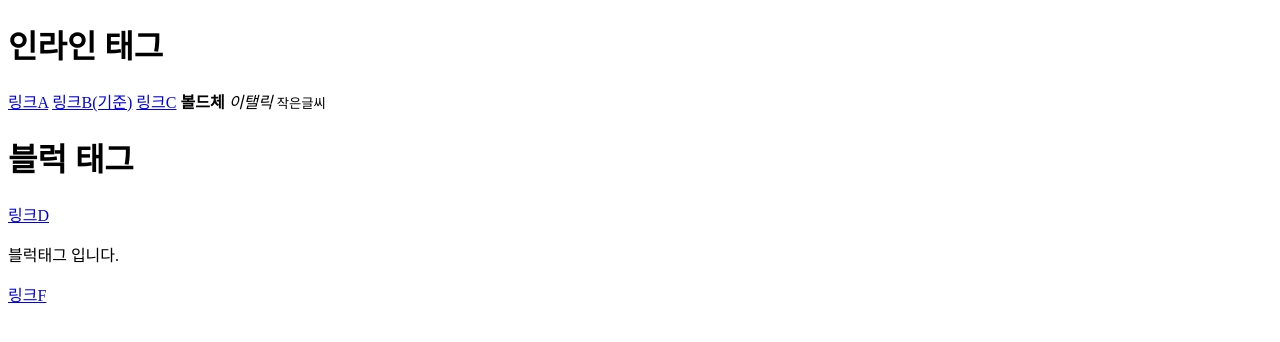
Repository: Hwang-97/HhwDesktop
Page: client/ClientTest/src/main/webapp/html/ex13_tag.html
An editor plug-in stored every save of this project. The page is shown before and after the next save, followed by the edit.
The browser window is 1280 px wide. The pictures show the whole page.

Above is the page before, as saved 2021-12-10 02:49:10.

After the next save:
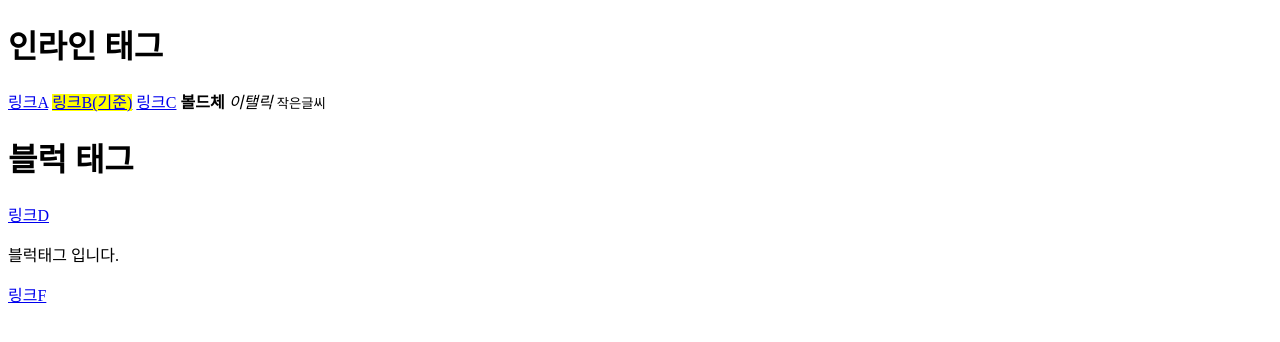
Saved 10 s later.
--- a/client/ClientTest/src/main/webapp/html/ex13_tag.html
+++ b/client/ClientTest/src/main/webapp/html/ex13_tag.html
@@ -7,7 +7,7 @@
 <body>
 <h1>인라인 태그</h1>
 	<a href="#!">링크A</a>
-	<a href="#!" style = "background_color : yellow;">링크B(기준)</a>
+	<a href="#!" style = "background-color : yellow;">링크B(기준)</a>
 	<a href="#!">링크C</a>
 	<b>볼드체</b>
 	<i>이탤릭</i>
